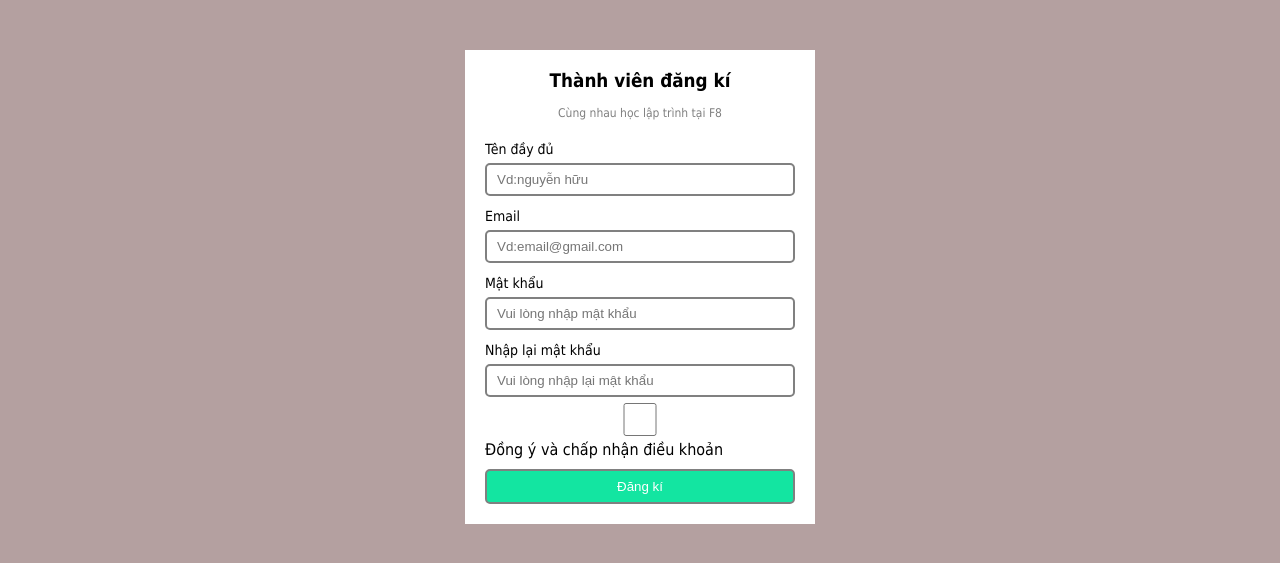
Repository: HuunvDev/Validator
Page: index.html
An editor plug-in stored every save of this project. The page is shown before and after the next save, followed by the edit.
The browser window is 1280 px wide. The pictures show the whole page.
Some web libraries are served in a nearby version.

Above is the page before, as saved 2022-08-20 16:18:08.

After the next save:
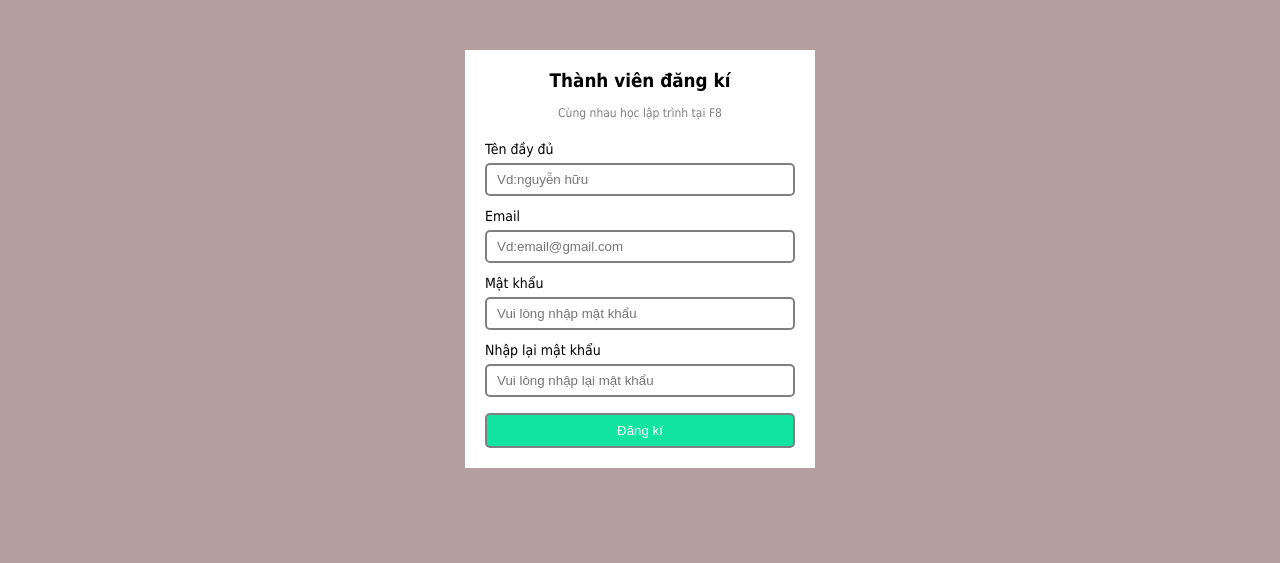
Saved 8 s later.
--- a/index.html
+++ b/index.html
@@ -36,9 +36,9 @@
                 <input type="password" id="password_confirmation" name="password_confirmation" placeholder="Vui lòng nhập lại mật khẩu"><br>
                 <span class="form-message"></span>
             </div>
-                <input type="checkbox" name ="condition" id ="condition">
+                <!-- <input type="checkbox" name ="condition" id ="condition">
                 <span class="agree">Đồng ý và chấp nhận điều khoản</span>
-
+            -->
            <button class="form-submit" type="submit">Đăng kí</button>
         </form>
     </div>
